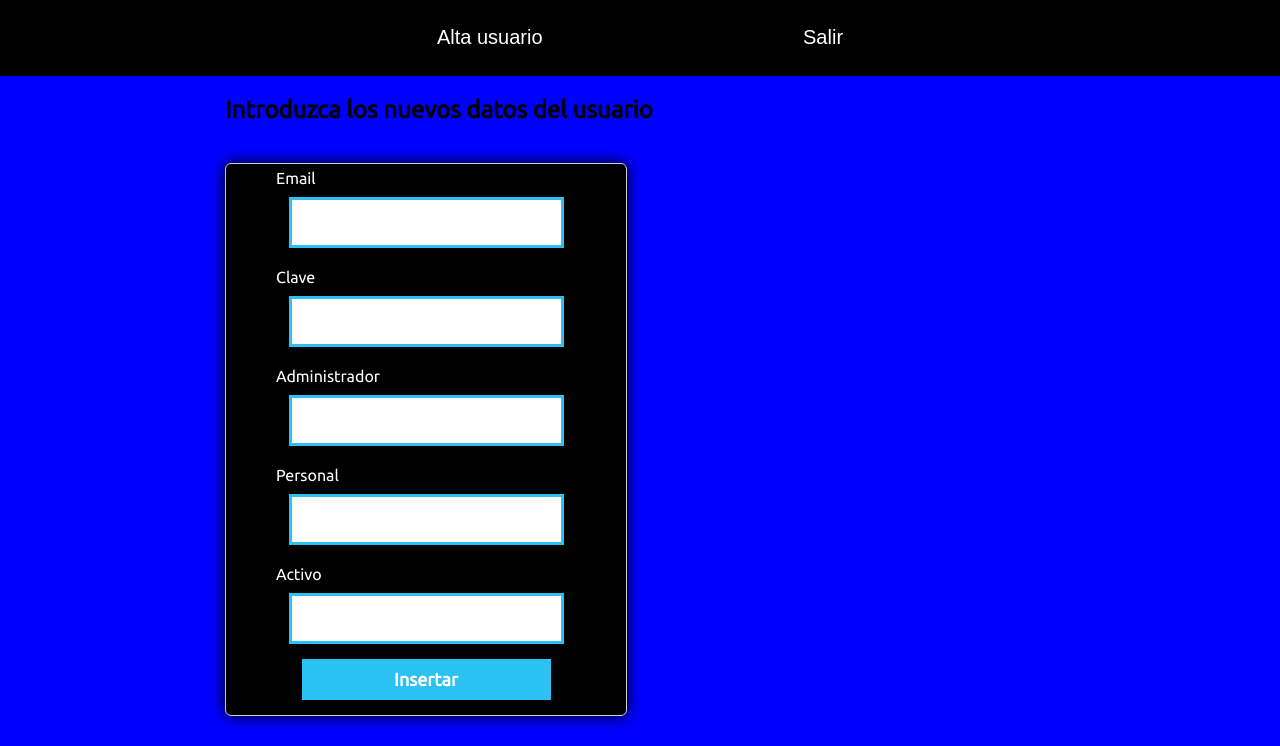
Repository: Mariangeles94/practica_gestion_usuarios
Page: http://localhost/Gestion/administrador/viewinsert.php
The author's editor kept a record of every edit. The page is drawn from the files as they stood at one moment, then again after the next edit.
The browser window is 1280 px wide. The pictures show the whole page.
The page is run by PHP 8.4 with error messages shown; the project is at /var/www/html/.

Above is the page before.

After the next edit:
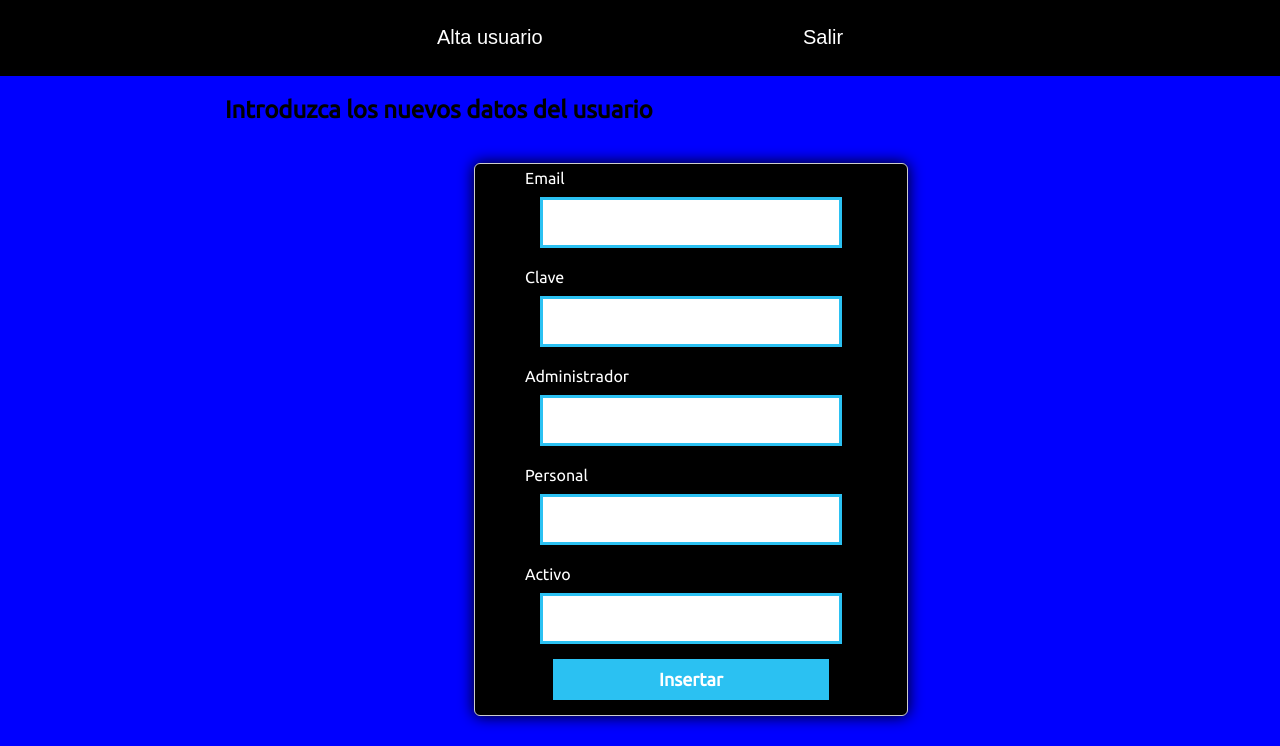
The edit:
--- a/css/style2.css
+++ b/css/style2.css
@@ -195,7 +195,9 @@
     text-align:center;
     background-color: black;
     border: 1px solid #ccc;
-    width: 300px;
+    width: 40%;
+    margin-left:30%;
+    margin-right:30%;
     padding: 0px 50px 15px;
     margin-top:20px;
     box-shadow: 0 0 15px;
